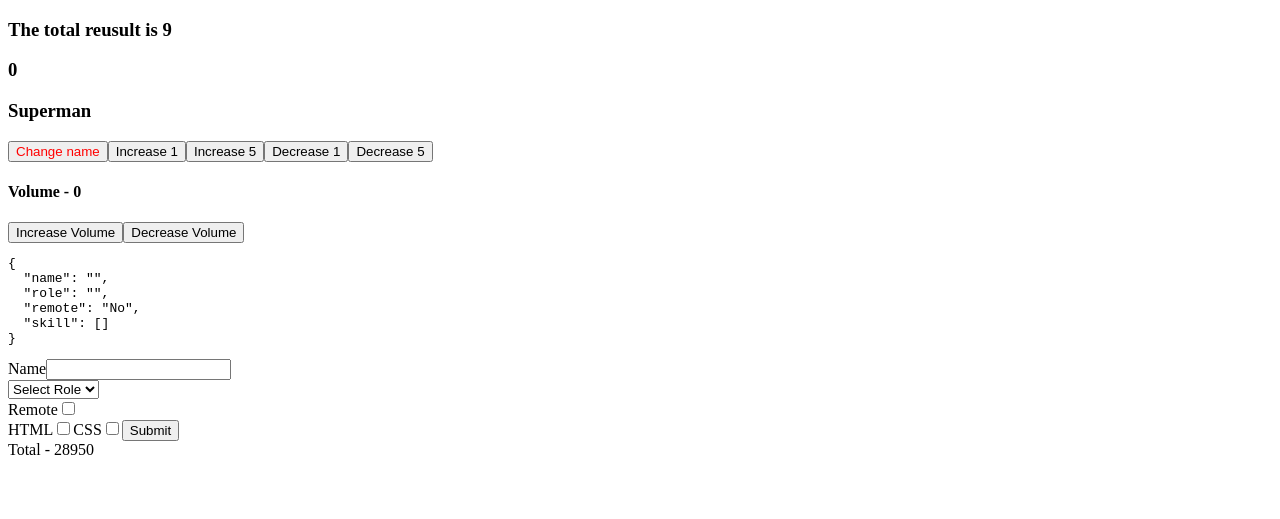
Repository: KZH2001/Vue_Practice
Page: / (app in Tutorial/)
An editor plug-in stored every save of this project. The page is shown before and after a run of saves, followed by the edit.
The browser window is 1280 px wide. The pictures show the whole page.
The project was rebuilt for these pictures with package versions that can differ from the ones it lists, and the page was loaded fresh each time. Also part of the build but not shown: Tutorial/vite.config.js.

Above is the page before, as saved 2026-01-21 09:24:21.

### Tutorial/src/App.vue


  <template>
  <h3>The total reusult is {{ add(2,3,4) }}</h3>
  <h3>{{ number  }}</h3>

  <h3 v-once>{{ name }}</h3>
  <button  v-bind:style="{color:color}" v-on:click="name = 'Batman'">Change name</button>
  <button @click="increaseNumber(1)">Increase 1</button>
  <button @click="increaseNumber(5)">Increase 5</button>
  <button @click="decreaseNumber(1)">Decrease 1</button>
  <button @click="decreaseNumber(5)">Decrease 5</button>


  <h4>Volume - {{ volume }}</h4>
  <button @click="volume +=1">Increase Volume</button>
  <button @click="volume -=1">Decrease Volume</button>

  <pre>{{ JSON.stringify(formValues, null, 2) }}</pre>


  <form action="" @submit="submitForm">
    <label for="name">Name</label>
    <input v-model="formValues.name" id="name" type="text">
    <br>

    <select name="" id="" v-model="formValues.role">
      <option value="">Select Role</option>
      <option value="Web">Web</option>
      <option value="Network">Network</option>
    </select>
    <br>

    <label for="">Remote</label>
    <input v-model="formValues.remote" type="checkbox" true-value ="Yes" false-value="No">
    <br>
    <label for="">HTML</label>
    <input v-model="formValues.skill" value="HTML" type="checkbox">

     <label for="">CSS</label>
    <input v-model="formValues.skill" value="CSS" type="checkbox">

    <button>Submit</button>
  </form>


  <!-- <di>Total - {{ items.reduce((total,curr)=> (total =  total + curr.price),0) }}</di> -->
   <div>Total - {{ items.reduce((total,curr) => (total += curr.price),0) }}</div>
  </template>




  <style scoped>

  </style>

  <script >
    export default{


      data(){
        return{
          name: 'Superman',
          color: 'red',
          number: 0,
          formValues: {
            name: '',
            role: '',
            remote: "No",
            skill: [],
          },
            items: [
              {
              id: 1,
              firstName: "Kyz",
              price: 300
              },
               {
              id: 2,
              firstName: "Rye",
              price: 1300
              },
               {
              id: 3,
              firstName: "Crt",
              price: 21030
              },
               {
              id: 4,
              firstName: "Cxz",
              price: 3120
              },
               {
              id: 5,
              firstName: "Yte",
              price: 3200
              },
            ],
            volume: 0,
        }
      },
      methods: {
      add(a,b,c){
        return a+b+c
      },

      increaseNumber(num){
        this.number += num
      },

      decreaseNumber(num){
        this.number -= num
      },

      submitForm(w){
        w.preventDefault();
        console.log("result", this.formValues)
      }

    },
    watch: {
      volume(value){
        if (value == 3){
          alert("Alert");
        }
      }
    }

  }

  </script>

Loaded but not shown: Tutorial/index.html (common file); Tutorial/src/main.js (common file)

After the next 3 saves:
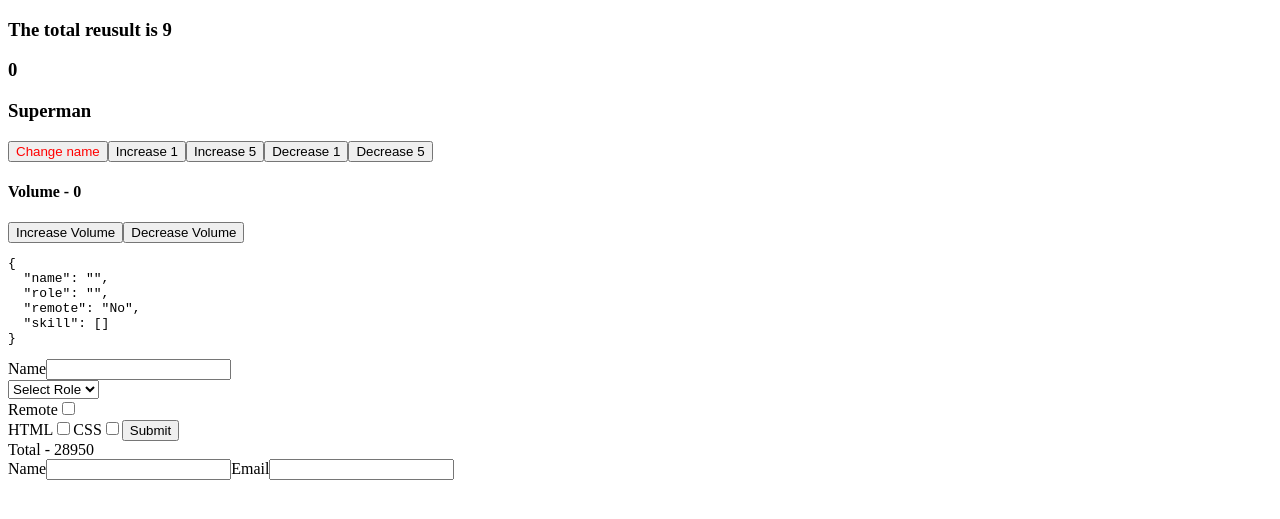
The 3 saves are shown as one change because they came seconds apart.
The last was saved 13 s later.
--- a/Tutorial/src/App.vue
+++ b/Tutorial/src/App.vue
@@ -46,10 +46,14 @@
 
   <!-- <di>Total - {{ items.reduce((total,curr)=> (total =  total + curr.price),0) }}</di> -->
    <div>Total - {{ items.reduce((total,curr) => (total += curr.price),0) }}</div>
-  </template>
 
+   <label for="">Name</label>
+  <input type="text">
 
+  <label for="">Email</label>
+  <input type="email">
 
+ </template>
 
   <style scoped>
 
